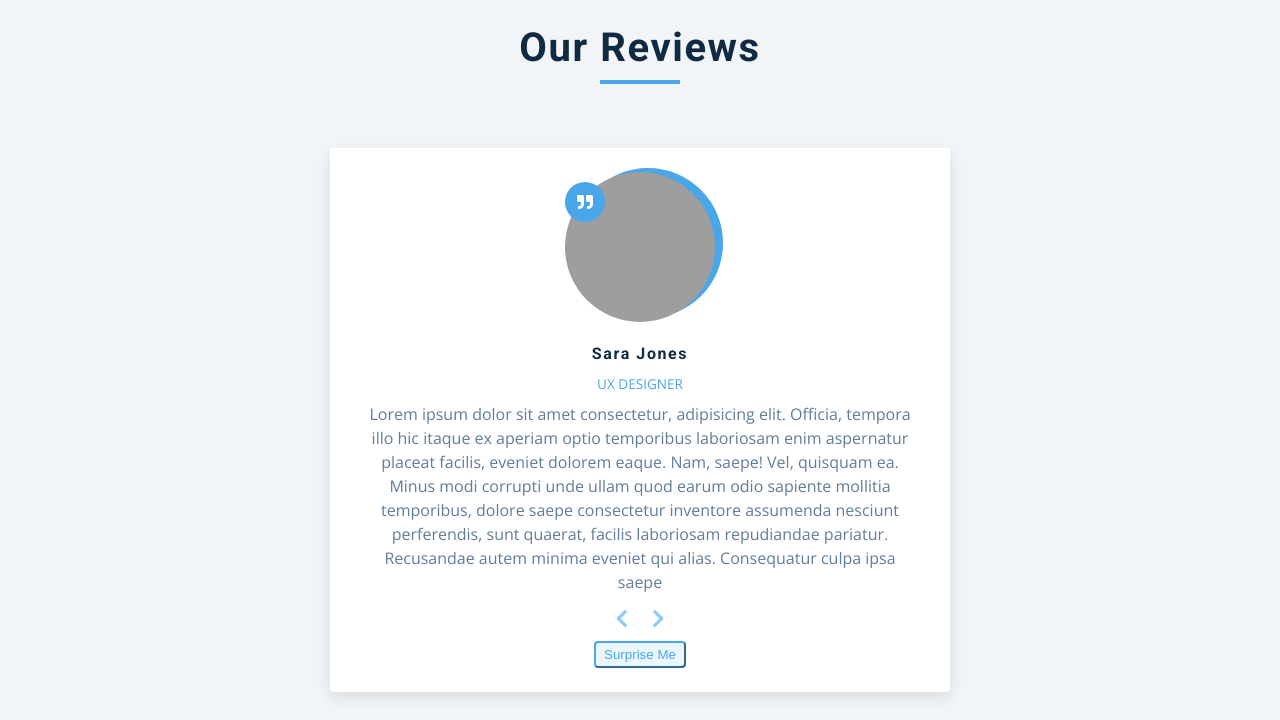
Repository: sunny070/javaScript
Page: Reviews_03/index.html
The author's editor kept a copy of each file at every save. The page is drawn from the files as they stood at one save, then again after the next save.
The browser window is 1280 px wide. The pictures show the whole page.
Pictures or frames that could not be fetched are drawn as grey boxes. Some web libraries are served in a nearby version.

Above is the page before, as saved 2023-10-04 12:15:19.
Console error: TypeError: Cannot set properties of null (setting 'textContent')

After the next save:
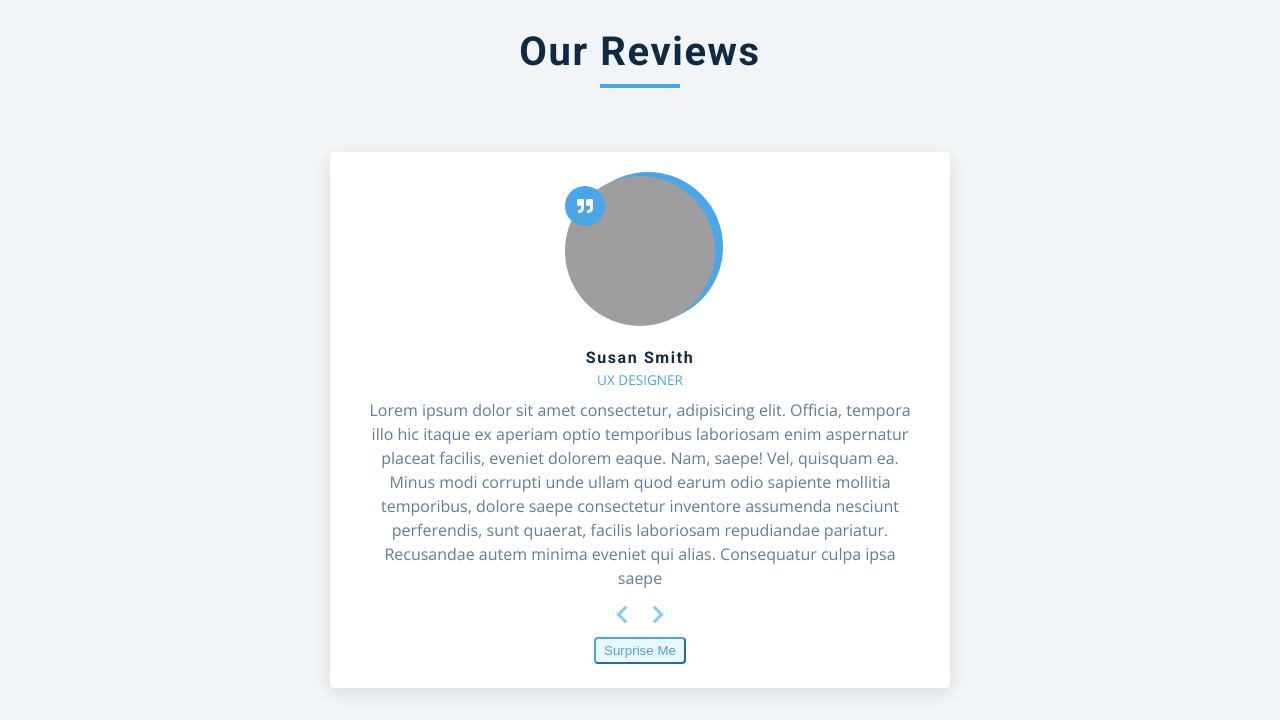
The error is gone.
Saved 57 s later.
--- a/Reviews_03/index.html
+++ b/Reviews_03/index.html
@@ -21,7 +21,7 @@
           <div class="img-container">
             <img id="person-img" src="person-1.jpeg" alt="" />
           </div>
-          <h4 class="author">sara jones</h4>
+          <h4 id="author">sara jones</h4>
           <p id="job">ux Designer</p>
           <p id="info">
             Lorem ipsum dolor sit amet consectetur, adipisicing elit. Officia,
